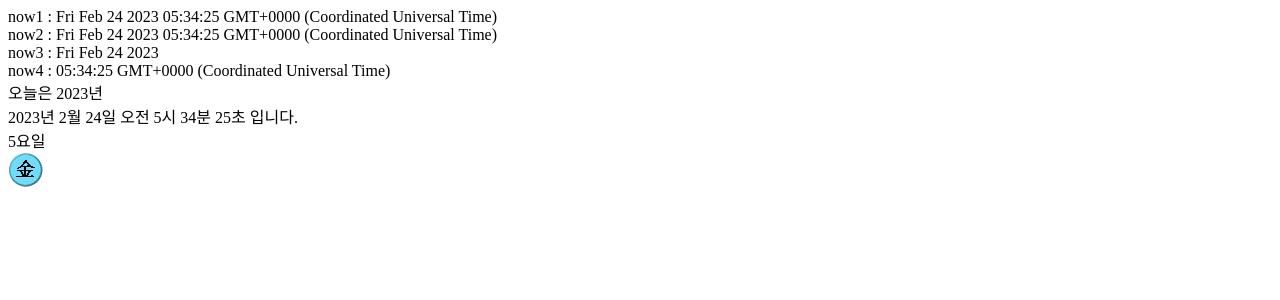
Repository: song-bean/Web_song
Page: 03_JavaScript/src/main/webapp/02_내장객체/Ex07.html
These files come from the project's save history. The page is drawn as it stood at one moment and after the next save; the edit follows.
The browser window is 1280 px wide. The pictures show the whole page.

Above is the page before, as saved 2023-02-28 01:14:02.

After the next save:
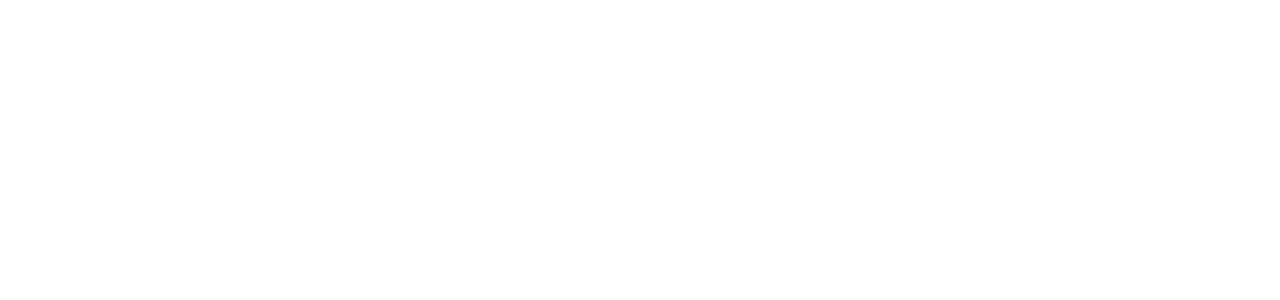
Console error: SyntaxError: missing ) after argument list
Saved 5 min 37 s later.
--- a/03_JavaScript/src/main/webapp/02_내장객체/Ex07.html
+++ b/03_JavaScript/src/main/webapp/02_내장객체/Ex07.html
@@ -34,7 +34,7 @@
 	document.write(day + "요일<br>");
 
 	var yoil = new Array("sun.gif", "mon.gif", "tue.gif", "wed.gif", "thu.gif", "fri.gif", "sat.gif");
-	document.write("<img src = '../images/" + yoil[day] + "'>");
+	document.write("오늘은 화요일"<img src = '../images/" + yoil[day] + "'>");
 
 </script>
 </head>

After the save that followed:
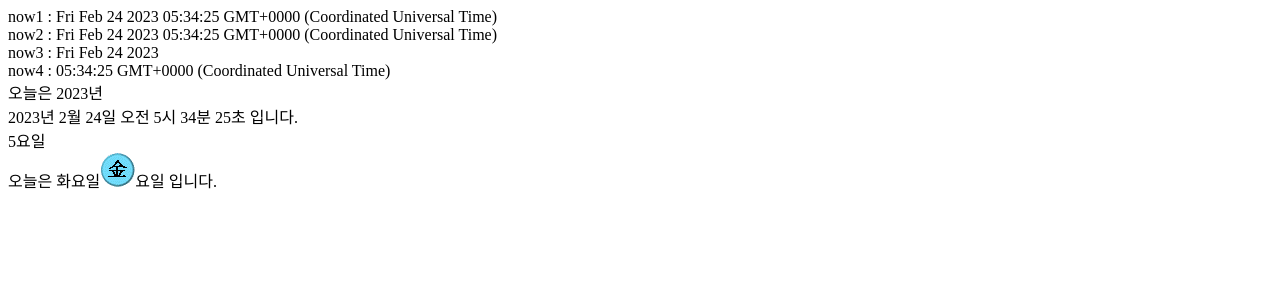
The error is gone.
Saved 18 s later.
--- a/03_JavaScript/src/main/webapp/02_내장객체/Ex07.html
+++ b/03_JavaScript/src/main/webapp/02_내장객체/Ex07.html
@@ -34,7 +34,7 @@
 	document.write(day + "요일<br>");
 
 	var yoil = new Array("sun.gif", "mon.gif", "tue.gif", "wed.gif", "thu.gif", "fri.gif", "sat.gif");
-	document.write("오늘은 화요일"<img src = '../images/" + yoil[day] + "'>");
+	document.write("오늘은 화요일" + "<img src = '../images/" + yoil[day] + "'>" + "요일 입니다.");
 
 </script>
 </head>
